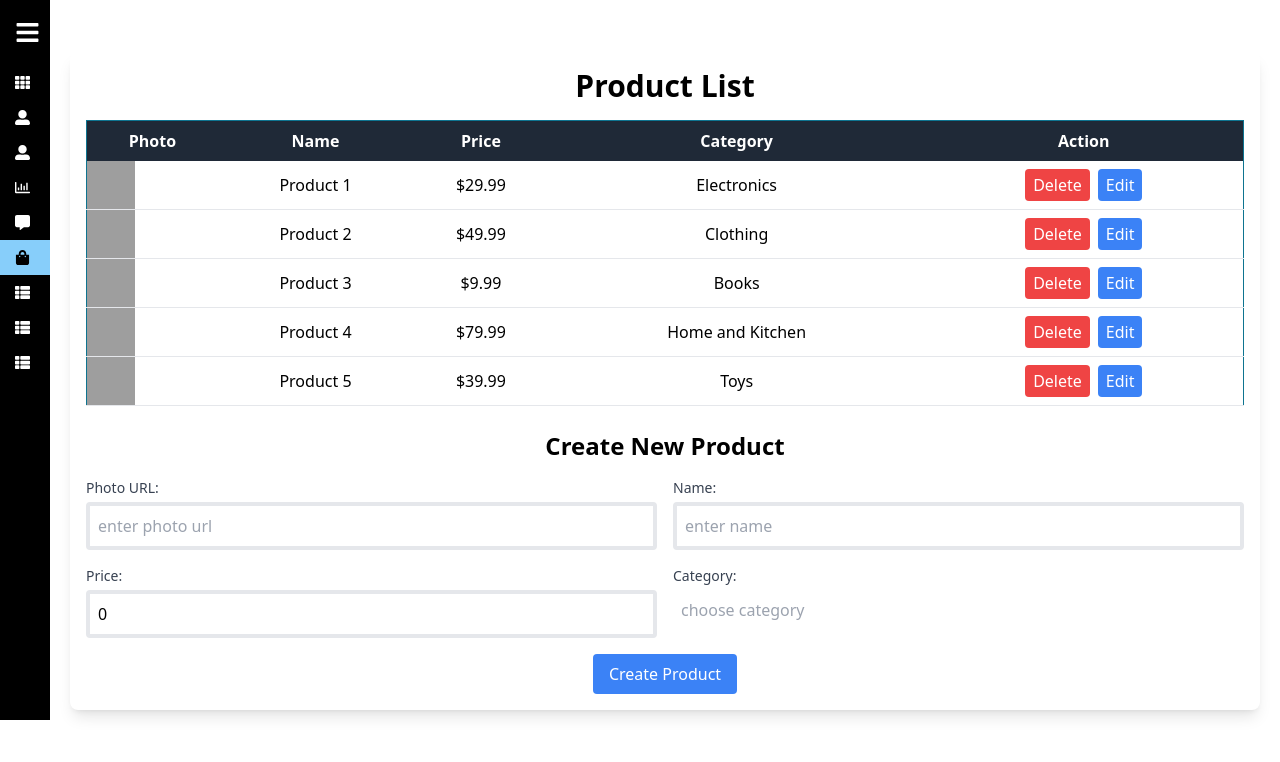
Repository: AndargWorku12/admin-dashboard
Page: /product
The author's editor kept a copy of each file at every save. The page is drawn from the files as they stood at one save, then again after the next save.
The browser window is 1280 px wide. The pictures show the whole page.
Pictures or frames that could not be fetched are drawn as grey boxes. The project was rebuilt for these pictures with package versions that can differ from the ones it lists, and the page was loaded fresh each time. Also part of the build but not shown: src/pages/Dashboard.tsx, src/pages/Orders.tsx, src/style/category.css, src/pages/Category.tsx, src/pages/Login.tsx, src/pages/Analytics.tsx, src/pages/CustemerReview.tsx, src/pages/ShopCard.tsx and 1 more.

Above is the page before, as saved 2024-01-25 04:02:36.

### src/index.tsx
import { ColorModeScript } from "@chakra-ui/react"
import * as React from "react"
import * as ReactDOM from "react-dom/client"
import App from "./App"
import './index.css'

const container = document.getElementById("root")
if (!container) throw new Error('Failed to find the root element');
const root = ReactDOM.createRoot(container)

root.render(

  <React.StrictMode>
    <ColorModeScript />
    <App />
  </React.StrictMode>,

)

### src/App.tsx

import React, {useState} from 'react';
import { BrowserRouter, Route, Routes } from 'react-router-dom';
import Sidebar from './components/Sidebar';
import Dashboard from './pages/Dashboard';
// import SignUpForm from './pages/LoginPopup'
import Orders from './pages/Orders';
import Category from './pages/Category';
import Login from './pages/Login'
import Analytics from './pages/Analytics';
import CustemerReview from './pages/CustemerReview';
import ProductList from './pages/ProductList';
import ShopCard from './pages/ShopCard';
import './App.css'
import SignUpForm from './pages/SignUpForm';




type SaleData = {
  date: string;
  amount: number;
};

type RevenueData = {
  month: string;
  revenue: number;
};

type Product = {
    id: string;
    photo: string;
    name: string;
    price: number;
    category: string;
};

type Order = {
  id: string;
  product: Product;
  quantity: number;
  totalPrice: number;
};

type CategoryType = {
  id: string;
  name: string;
};



// Sample props for components
type DashboardProps = {
  saleData: SaleData[];
  revenueData: RevenueData[];
  // ... other props
};

type AnalyticsProps = {
  salesData: SaleData[];
  // ... other props
};

type ProductProps = {
  products: Product[];
  onUpdate: (productId: string, updatedProduct: Product) => void;

};




type OrderProps = {
  orders: Order[];
  // ... other props
};

type CategoryProps = {
  categories: CategoryType[];
  // ... other props
};







const App: React.FC = () => {


// for the product page to handle
  const [products, setProducts] = useState<Product[]>([


    {
      id: '1',
      photo: 'https://img.ltwebstatic.com/images3_pi/2022/01/10/16417919016a32607182dd11dedeb77e8324b683e8_thumbnail_900x.webp',
      name: 'Product 1',
      price: 29.99,
      category: 'Electronics',
    },
    {
      id: '2',
      photo: 'https://img.ltwebstatic.com/images3_pi/2022/01/10/16417919016a32607182dd11dedeb77e8324b683e8_thumbnail_900x.webp',
      name: 'Product 2',
      price: 49.99,
      category: 'Clothing',
    },
    {
      id: '3',
      photo: 'https://img.ltwebstatic.com/images3_pi/2022/01/10/16417919016a32607182dd11dedeb77e8324b683e8_thumbnail_900x.webp',
      name: 'Product 3',
      price: 9.99,
      category: 'Books',
    },
    {
      id: '4',
      photo: 'https://img.ltwebstatic.com/images3_pi/2022/01/10/16417919016a32607182dd11dedeb77e8324b683e8_thumbnail_900x.webp',
      name: 'Product 4',
      price: 79.99,
      category: 'Home and Kitchen',
    },
    {
      id: '5',
      photo: 'https://img.ltwebstatic.com/images3_pi/2022/01/10/16417919016a32607182dd11dedeb77e8324b683e8_thumbnail_900x.webp',
      name: 'Product 5',
      price: 39.99,
      category: 'Toys',
    },



  ]);

  // Function to handle creating a new product
  const handleCreate = (newProduct: Product) => {
    setProducts((prevProducts) => [...prevProducts, newProduct]);
  };

  // Function to handle updating a product

  const handleUpdate = (productId: string, newName: string, newPrice: number) => {
    setProducts((prevProducts) =>
      prevProducts.map((product) =>
        product.id === productId
          ? { ...product, name: newName, price: newPrice }
          : product
      )
    );
  };



  // Function to handle deleting a product
  const handleDelete = (productId: string) => {
    setProducts((prevProducts) => prevProducts.filter((product) => product.id !== productId));
  };


// for category page


const [categories, setCategories] = useState<CategoryType[]>([
  { id: '1', name: 'Category 1' },
  { id: '2', name: 'Category 2' },
  { id: '3', name: 'Category 3' },
  { id: '4', name: 'Category 4' },
  { id: '5', name: 'Category 5' },
  { id: '6', name: 'Category 6' },
  { id: '7', name: 'Category 7' },
  { id: '8', name: 'Category 8' },
  { id: '9', name: 'Category 9' },
  { id: '10', name: 'Category 10' },

]);

// Function to handle creating a new category
const handleCreateCategory = (newCategory: CategoryType) => {
  setCategories((prevCategories) => [...prevCategories, newCategory]);
};

const handleUpdateCategory = (categoryId: string, newName: string) => {
  setCategories((prevCategories) =>
    prevCategories.map((category) =>
      category.id === categoryId ? { ...category, name: newName } : category
    )
  );
};

// Function to handle deleting a category
const handleDeleteCategory = (categoryId: string) => {
  setCategories((prevCategories) => prevCategories.filter((category) => category.id !== categoryId));
};

  const saleData: SaleData[] = [
    { date: '2022-01-01', amount: 100 },
    { date: '2022-01-02', amount: 150 },
    { date: '2022-01-03', amount: 200 },
    { date: '2022-01-04', amount: 120 },
    { date: '2022-01-05', amount: 180 },
    { date: '2022-01-06', amount: 90 },
    { date: '2022-01-07', amount: 110 },
    { date: '2022-01-08', amount: 130 },
    { date: '2022-01-09', amount: 170 },
    { date: '2022-01-10', amount: 160 },
  ];

  const revenueData: RevenueData[] = [
    { month: 'January', revenue: 500 },
    { month: 'February', revenue: 700 },
    { month: 'March', revenue: 600 },
    { month: 'April', revenue: 800 },
    { month: 'May', revenue: 900 },
    { month: 'June', revenue: 750 },
    { month: 'July', revenue: 850 },
    { month: 'August', revenue: 950 },
    { month: 'September', revenue: 700 },
    { month: 'October', revenue: 850 },
  ];


   const [orders, setOrders] = useState<Order[]>([
    { id: '1', product: products[0], quantity: 2, totalPrice: 234 },
    { id: '2', product: products[2], quantity: 1, totalPrice: 234 },
    { id: '3', product: products[4], quantity: 3, totalPrice: 234 },
    { id: '4', product: products[6], quantity: 2, totalPrice: 234 },
    { id: '5', product: products[8], quantity: 1, totalPrice: 234 },
    { id: '6', product: products[1], quantity: 2, totalPrice: 234 },
    { id: '7', product: products[3], quantity: 3, totalPrice: 234 },
    { id: '8', product: products[5], quantity: 1, totalPrice: 234 },
    { id: '9', product: products[7], quantity: 2, totalPrice: 234 },
    { id: '10', product: products[9], quantity: 1, totalPrice: 234 },

   ]);

  // Function to create a new order
  const handleCreateOrder = (newOrder: Order) => {
    setOrders((prevOrders) => [...prevOrders, newOrder]);
  };

  // Function to delete an order
  const handleDeleteOrder = (orderId: string) => {
    const updatedOrders = orders.filter(order => order.id !== orderId);
    setOrders(updatedOrders);
  };

  // Function to update an order
  const handleUpdateOrder = (orderId: string, updatedOrder: Order) => {
    // Placeholder implementation: Updating the order in the list
    setOrders((prevOrders) =>
      prevOrders.map((order) =>
        order.id === orderId ? { ...order, ...updatedOrder } : order
      )
    );
  };

  return (
    <BrowserRouter>
    <Sidebar>
      <Routes>
        <Route path="/" element={<Dashboard saleData={saleData} revenueData={revenueData} />} />
        <Route path="/dashboard" element={<Dashboard saleData={saleData} revenueData={revenueData} />} />
       <Route path="/login" element={<Login/>}/>
        <Route path="/signup" element={<SignUpForm />} />
        <Route path="/review"element={<CustemerReview username="John" joinedDate="2022-01-01" reviewDate="2022-01-15" reviewText="Lorem ipsum" />}
/>

        <Route path="/analytics" element={<Analytics saleData={saleData} />} />
        <Route
  path="/product"
  element={<ProductList products={products} onCreate={handleCreate} onDelete={handleDelete} onUpdate={handleUpdate} />}
/>
        <Route path="/shop" element={<ShopCard />} />
        <Route
        path="/orders"
        element={
          <Orders
            orders={orders}
            onCreateOrder={handleCreateOrder}
            onDeleteOrder={handleDeleteOrder}
            onUpdateOrder={handleUpdateOrder}
          />
        }
      />

        <Route
            path="/category"
            element={<Category categories={categories} onCreate={handleCreateCategory} onDelete={handleDeleteCategory} onUpdate={handleUpdateCategory} />}
          />

      </Routes>
    </Sidebar>
  </BrowserRouter>
  );
};

export default App;

### src/components/Sidebar.tsx
import React, { useState } from 'react';
import ReactNode from "react";
import {
    FaTh,
    FaBars,
    FaUserAlt,
    FaRegChartBar,
    FaCommentAlt,
    FaShoppingBag,
    FaThList
} from 'react-icons/fa';
import { NavLink, NavLinkProps } from 'react-router-dom';



interface MenuItem {
    path: string;
    name: string;
    icon: JSX.Element;
}

interface SidebarProps {
  children: React.ReactNode;
}
    const Sidebar: React.FC<React.PropsWithChildren<{}>> = ({ children }) => {
    const [isOpen, setIsOpen] = useState(false);

    const toggle = () => setIsOpen(!isOpen);

    const menuItems: MenuItem[] = [
        {
            path: '/',
            name: 'Dashboard',
            icon: <FaTh />,
        },
        {
            path: '/login',
            name: 'Login',
            icon: <FaUserAlt />,
        },
        {
          path: '/signup',
          name: 'Register form',
          icon: <FaUserAlt />,
      },
        {
            path: '/analytics',
            name: 'Analytics',
            icon: <FaRegChartBar />,
        },
        {
            path: '/review',
            name: 'CustemerReview',
            icon: <FaCommentAlt />,
        },
        {
            path: '/product',
            name: 'Product',
            icon: <FaShoppingBag />,
        },
        {
            path: '/category',
            name: 'Category List',
            icon: <FaThList />,
        },
        {
          path: '/orders',
          name: 'Orders',
          icon: <FaThList />,
      },
      {
        path: '/shop',
        name: 'Sample product',
        icon: <FaThList />,
    },
    ];

    return (
        <div className="container">
            <div style={{ width: isOpen ? '200px' : '50px' }} className="sidebar">
                <div className="top_section">
                    <h1 style={{ display: isOpen ? 'block' : 'none' }} className="logo">
                        Logo
                    </h1>
                    <div style={{ marginLeft: isOpen ? '50px' : '0px' }} className="bars">
                        <FaBars onClick={toggle} />
                    </div>
                </div>
                {menuItems.map((item, index) => (
                    <NavLink to={item.path} key={index} className="link"
                    //  activeClassName="active"
                     >
                        <div className="icon">{item.icon}</div>
                        <div style={{ display: isOpen ? 'block' : 'none' }} className="link_text text-sm">
                            {item.name}
                        </div>
                    </NavLink>
                ))}
            </div>
            <main>{children}</main>
        </div>
    );
};

export default Sidebar;

### src/pages/ProductList.tsx
import React, { useState } from 'react';

interface Product {
  id: string;
  photo: string;
  name: string;
  price: number;
  category: string;
}

interface ProductListProps {
  products: Product[];
  onCreate: (newProduct: Omit<Product, 'id'> & { id?: string }) => void;
  onDelete: (productId: string) => void;
  onUpdate: (productId: string, newName: string, newPrice: number) => void;
}

const ProductList: React.FC<ProductListProps> = ({ products, onCreate, onDelete, onUpdate }) => {
  const [newProduct, setNewProduct] = useState<Omit<Product, 'id'> & { id?: string }>({
    photo: '',
    name: '',
    price: 0,
    category: '',
  });
  const [editingProduct, setEditingProduct] = useState<Product | null>(null);

  const handleCreateProduct = () => {
    onCreate({ ...newProduct, id: Date.now().toString() });
    setNewProduct({
      photo: '',
      name: '',
      price: 0,
      category: '',
    });
  };

  const handleUpdateProduct = () => {
    if (editingProduct) {
      onUpdate(editingProduct.id, editingProduct.name, editingProduct.price);
      setEditingProduct(null);
    }
  };

  const handleDeleteProduct = (id: string) => {
    onDelete(id);
  };

  const handleEditProduct = (product: Product) => {
    setEditingProduct(product);
  };

  return (
    <div className="container mx-auto my-8 p-4 bg-white shadow-lg rounded-lg block gap-64 text-center">
      <h2 className="text-3xl font-bold mb-4">Product List</h2>
      <table className="w-full border border-cyan-700 w-max-80">
        <thead>
          <tr className=' bg-gray-800 text-white'>
            <th className="py-2">Photo</th>
            <th className="py-2">Name</th>
            <th className="py-2">Price</th>
            <th className="py-2">Category</th>
            <th className="py-2">Action</th>
          </tr>
        </thead>
        <tbody>
          {products.map((product) => (
            <tr key={product.id} className="border-b">
              <td>
                <img src={product.photo} alt={product.name} className="w-12 h-12 object-cover" />
              </td>
              <td className="py-2">{product.name}</td>
              <td className="py-2">${product.price.toFixed(2)}</td>
              <td className="py-2">{product.category}</td>
              <td className="py-2">
                <button
                  onClick={() => handleDeleteProduct(product.id)}
                  className="bg-red-500 text-white px-2 py-1 rounded mr-2"
                >
                  Delete
                </button>
                <button
                  onClick={() => handleEditProduct(product)}
                  className="bg-blue-500 text-white px-2 py-1 rounded"
                >
                  Edit
                </button>
              </td>
            </tr>
          ))}
        </tbody>
      </table>

      <h2 className="text-2xl font-bold mt-6 mb-4">
        {editingProduct ? 'Edit Product' : 'Create New Product'}
      </h2>
      <div className="grid grid-cols-2 gap-4 text-start">
        <div>
          <label htmlFor="productPhoto" className="block text-sm font-medium text-gray-700">
            Photo URL:
          </label>
          <input
            type="text"
            id="productPhoto"
            placeholder='enter photo url'
            value={editingProduct ? editingProduct.photo : newProduct.photo}
            onChange={(e) =>
              editingProduct
                ? setEditingProduct({ ...editingProduct, photo: e.target.value })
                : setNewProduct({ ...newProduct, photo: e.target.value })
            }
            className="mt-1 p-2 border-4 rounded w-full"
          />
        </div>
        <div>
          <label htmlFor="productName" className="block text-sm font-medium text-gray-700">
            Name:
          </label>
          <input
            type="text"
            id="productName"
            placeholder='enter name'
            value={editingProduct ? editingProduct.name : newProduct.name}
            onChange={(e) =>
              editingProduct
                ? setEditingProduct({ ...editingProduct, name: e.target.value })
                : setNewProduct({ ...newProduct, name: e.target.value })
            }
            className="mt-1 p-2 border-4 rounded w-full"
          />
        </div>
        <div>
          <label htmlFor="productPrice" className="block text-sm font-medium text-gray-700">
            Price:
          </label>
          <input
            type="number"
            id="productPrice"
            placeholder='enter price'
            value={editingProduct ? editingProduct.price : newProduct.price}
            onChange={(e) =>
              editingProduct
                ? setEditingProduct({ ...editingProduct, price: +e.target.value })
                : setNewProduct({ ...newProduct, price: +e.target.value })
            }
            className="mt-1 p-2 border-4 rounded w-full"
          />
        </div>
        <div>
          <label htmlFor="productCategory" className="block text-sm font-medium text-gray-700">
            Category:
          </label>
          <input
            type="text"
            id="productCategory"
            placeholder='choose category'
            value={editingProduct ? editingProduct.category : newProduct.category}
            onChange={(e) =>
              editingProduct
                ? setEditingProduct({ ...editingProduct, category: e.target.value })
                : setNewProduct({ ...newProduct, category: e.target.value })
            }
            className="mt-1 p-2 border-5  rounded w-full"
          />
        </div>
      </div>
      <button
        onClick={editingProduct ? handleUpdateProduct : handleCreateProduct}
        className="mt-4 bg-blue-500 text-white px-4 py-2 rounded"
      >
        {editingProduct ? 'Update Product' : 'Create Product'}
      </button>
    </div>
  );
};

export default ProductList;

### src/App.css
* {
    margin: 0;
    padding: 0;
    text-decoration: none;
}

.container {
    display: flex;
}

main {
    width: 100%;
    padding: 20px;
}

.sidebar {
    background: #000;
    color: #fff;
    height: 100vh;
    width: 200px;
    transition: all 0.5s;
}

.top_section {
    display: flex;
    align-items: center;
    padding: 20px 15px;
}

.logo {
    font-size: 30px;
}

.bars {
    display: flex;
    font-size: 25px;
    margin-left: 50px;
}

.link {
    display: flex;
    color: #fff;
    padding: 10px 15px;
    gap: 15px;
    transition: all 0.5s;
}

.link:hover {
    background: lightskyblue;
    color: #000;
    transition: all 0.5s;
}

.active {
    background: lightskyblue;
    color: #000;
}

.icon,
.link_text {
    font-size: 15px;
}

Loaded but not shown: public/index.html (common file); src/index.css (common file); tailwind.config.js (common file)

After the next save:
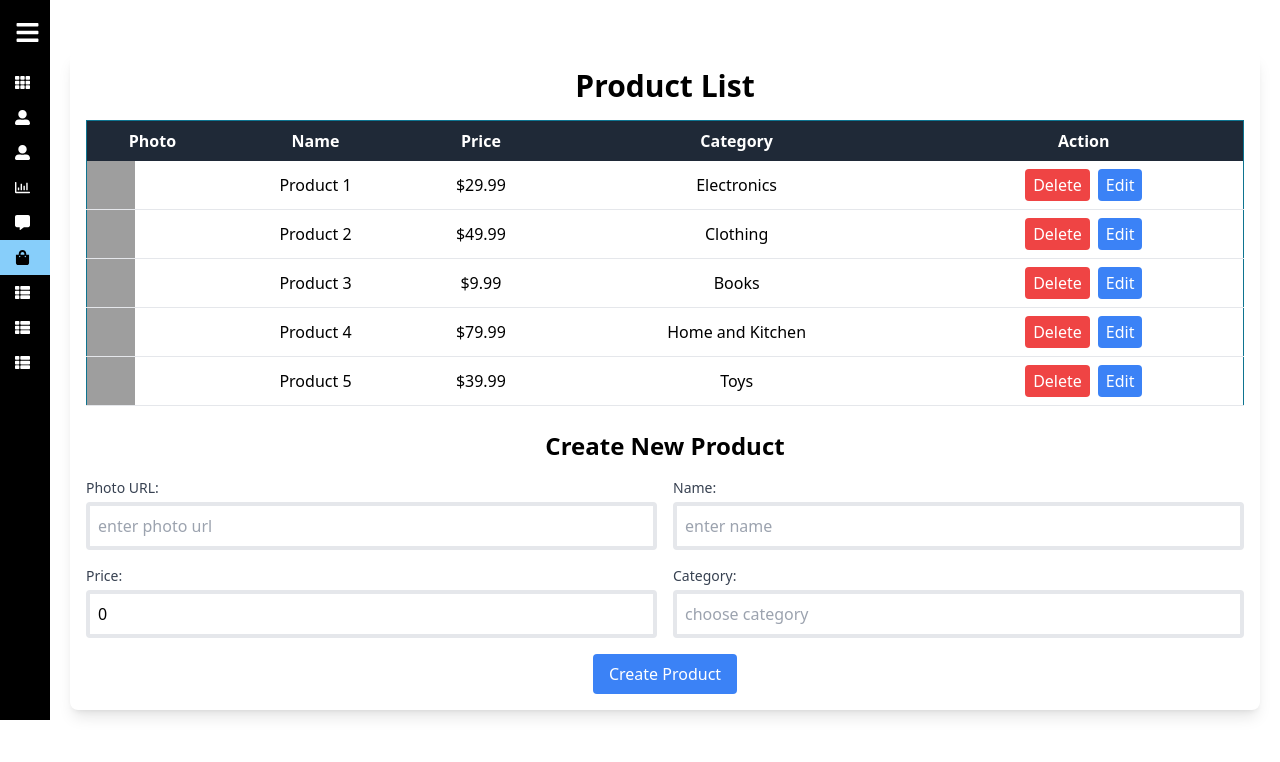
Saved 19 s later.
--- a/src/pages/ProductList.tsx
+++ b/src/pages/ProductList.tsx
@@ -159,7 +159,7 @@ const ProductList: React.FC<ProductListProps> = ({ products, onCreate, onDelete,
                 ? setEditingProduct({ ...editingProduct, category: e.target.value })
                 : setNewProduct({ ...newProduct, category: e.target.value })
             }
-            className="mt-1 p-2 border-5  rounded w-full"
+            className="mt-1 p-2 border-4  rounded w-full"
           />
         </div>
       </div>
